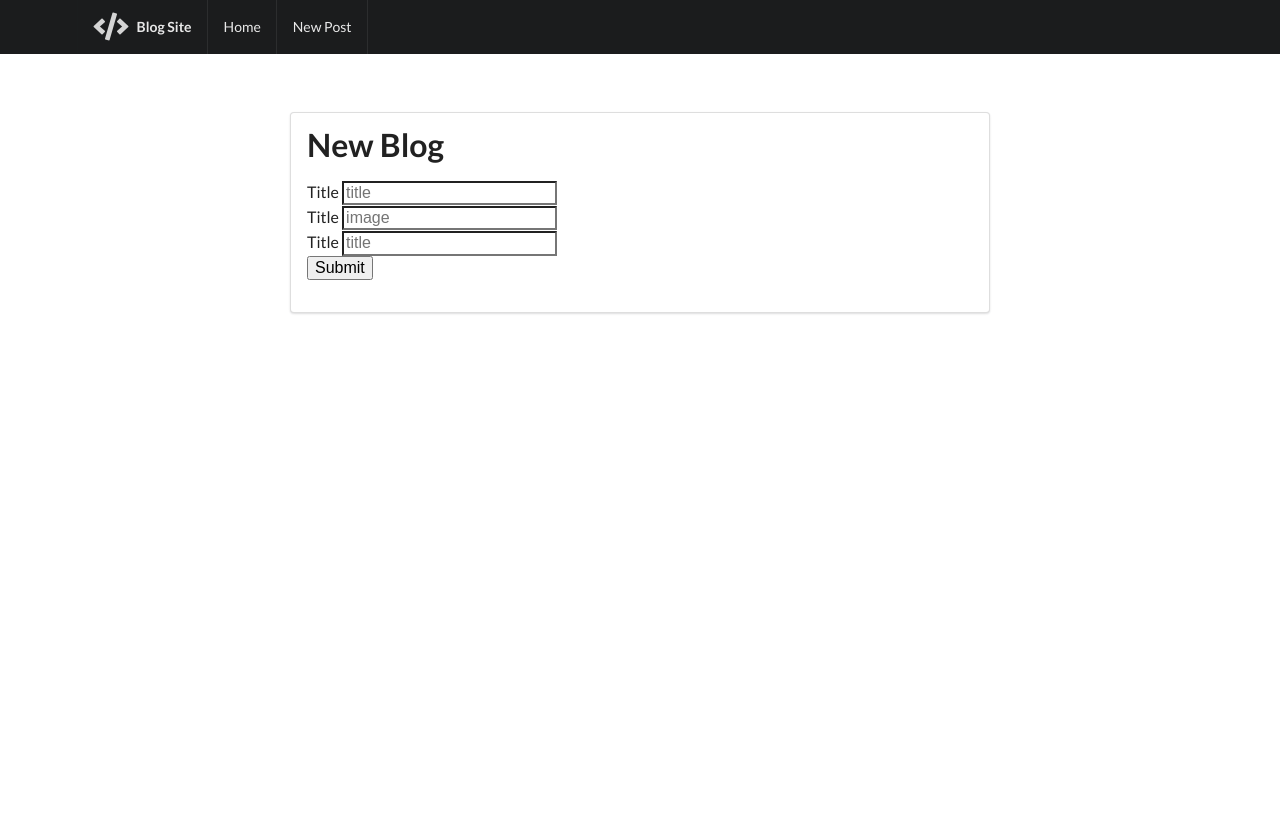
Repository: HuakunShen/LearnWeb
Page: http://localhost/blogs/new
The author's editor kept a record of every edit. The page is drawn from the files as they stood at one moment, then again after the next edit.
The browser window is 1280 px wide. The pictures show the whole page.
The page is served by the project's Node server (BlogApp/app.js).

Above is the page before.

### workspace/BlogApp/views/new.ejs
<% include ./partials/header %>
<div class="ui main text container segment">
    <div class="ui huge header">New Blog</div>
    <form action="/blogs" method="POST">
        <div class="field">
            <label>Title</label>
            <input type="text" name="blog[title]" placeholder="title">
        </div>
        <div class="field">
            <label>Title</label>
            <input type="text" name="blog[image]" placeholder="image">
        </div>
        <div class="field">
            <label>Title</label>
            <input type="text" name="blog[title]" placeholder="title">
        </div>


        <input type="submit">
    </form>
</div>

<% include ./partials/header %>

### workspace/BlogApp/views/partials/header.ejs
<html>
    <head>
        <title>Blog App</title>
        <link rel="stylesheet" href="https://cdnjs.cloudflare.com/ajax/libs/semantic-ui/2.4.1/semantic.min.css" />
        <link rel="stylesheet" type="text/css" href="/stylesheets/app.css">

    </head>
    <body>
        <div class="ui fixed inverted menu">
            <div class="ui container">
                <div class="header item"><i class="code icon"></i>Blog Site</div>
                <a href="/" class="item">Home</a>
                <a href="/blogs/new" class="item">New Post</a>
            </div>

        </div>

### workspace/BlogApp/app.js
const express = require("express"),
app = express(),
methodOverride = require("method-override"),
bodyParser = require("body-parser"),
mongoose = require("mongoose");

mongoose.connect("mongodb://localhost:27017/blog_app", { useNewUrlParser: true });
app.set("view engine", "ejs");
app.use(express.static("public"));
// app.use('/public', express.static("public"));
app.use(bodyParser.urlencoded({extended: true}));
app.use(methodOverride("_method"));

//Mongoose model config
const blogSchema = new mongoose.Schema({
    title: String,
    image: String,
    body: String,
    created: {type: Date, default: Date.now}
});

const Blog = mongoose.model("Blog", blogSchema);

// Blog.create({
//     title: "Motor",
//     image: "https://images.unsplash.com/photo-1558981420-bf351ce8e3ca?ixlib=rb-1.2.1&ixid=eyJhcHBfaWQiOjEyMDd9&auto=format&fit=crop&w=600&q=60",
//     body: "Hello Motor"
// });



// RESTful Routes
app.get("/", function(req, res){
    res.redirect("/blogs");
});

// Index Route
app.get("/blogs", function(req, res){
    Blog.find({}, function(err, blogs){
        if(err){
            console.log("Error!");
        } else {
            res.render("index", {blogs: blogs});
        }
    });
});

//New Route
app.get("/blogs/new", function(req, res){
    res.render("new");
});

// Create Route
app.post("/blogs", function(req, res){
    // create blog
    Blog.create(req.body.blog, function(err, newBlog){
        if(err) {
            res.render("new");
        } else {
            res.redirect("/blogs");
        }
    });
});

//Show Route
app.get("/blogs/:id", function(req, res) {
    Blog.findById(req.params.id, function(err, foundBlog){
        if(err) {
            res.redirect("/blogs");
        } else {
            res.render("show", {blog: foundBlog});
        }
    })
});

// Edit Route
app.get("/blogs/:id/edit", function(req, res){
    Blog.findById(req.params.id, function(err, foundBlog){
        if(err) {
            res.redirect("/blogs");
        } else {
            res.render("edit", {blog: foundBlog});
        }
    });
});

// Update Route
app.put("/blogs/:id", function(req, res){
    Blog.findByIdAndUpdate(req.params.id, req.body.blog, function(err, updatedBlog){
        if(err) {
            res.redirect("/blogs");
        } else {
            res.redirect("/blogs/" + req.params.id);
        }
    })
});

//Destroy Route
app.delete("/blogs/:id", function(req, res){
    // destroy blog
    Blog.findByIdAndRemove(req.params.id, function(err){
        if(err){
            res.redirect("/blogs");
        } else {
            res.redirect("/blogs");
        }
    })
    // redirect
});








app.listen(process.env.PORT, process.env.IP, function() {
    console.log("Server is Running");
});

### workspace/BlogApp/public/stylesheets/app.css
i.icon {
    font-size: 2em;
}

.container.main {
    margin-top: 7.0em;
}

#delete {
    display: inline;
}

After the next edit:
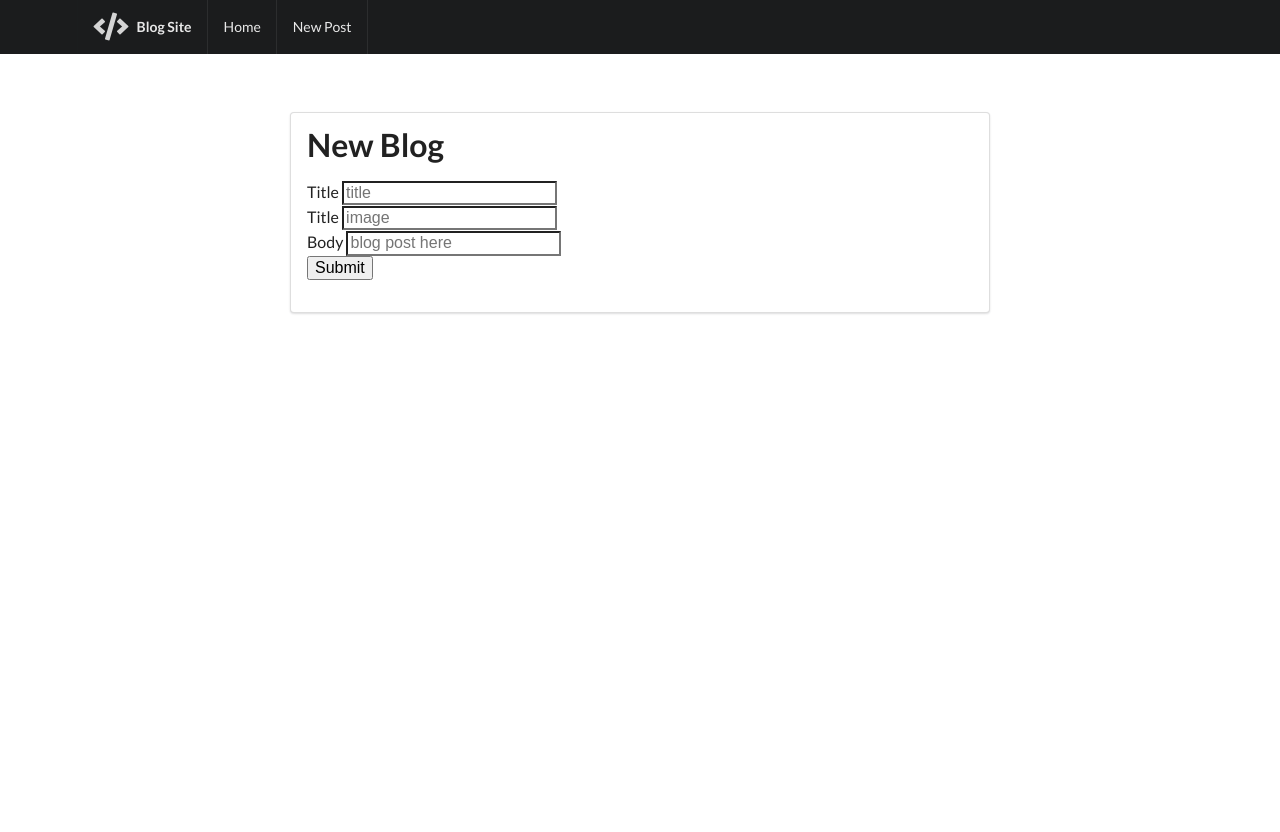
The edit:
--- a/workspace/BlogApp/views/new.ejs
+++ b/workspace/BlogApp/views/new.ejs
@@ -11,8 +11,8 @@
             <input type="text" name="blog[image]" placeholder="image">
         </div>
         <div class="field">
-            <label>Title</label>
-            <input type="text" name="blog[title]" placeholder="title">
+            <label>Body</label>
+            <input type="text" name="blog[body]" placeholder="blog post here">
         </div>
 
 
